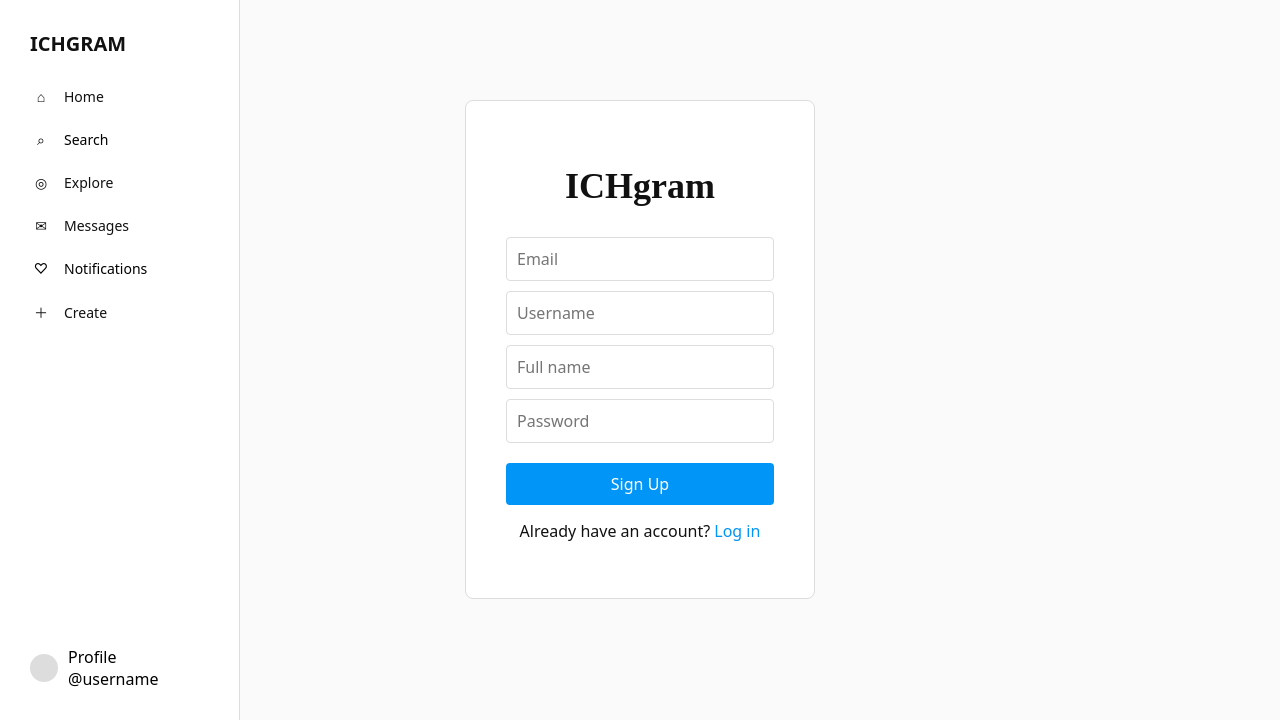
Repository: JuliiaJuliia/project-ichgram
Page: /register
An editor plug-in stored every save of this project. The page is shown before and after the next save, followed by the edit.
The browser window is 1280 px wide. The pictures show the whole page.
The project was rebuilt for these pictures with package versions that can differ from the ones it lists, and the page was loaded fresh each time. Also part of the build but not shown: src/components/ProtectedRoute.js, src/components/Stories.js, src/components/PostForm.js, src/components/PostCard.css, src/components/PostCard.js, src/components/Feed.js, src/components/Chat.js, src/pages/Login.js and 4 more.

Above is the page before, as saved 2026-02-19 19:16:21.

After the next save:
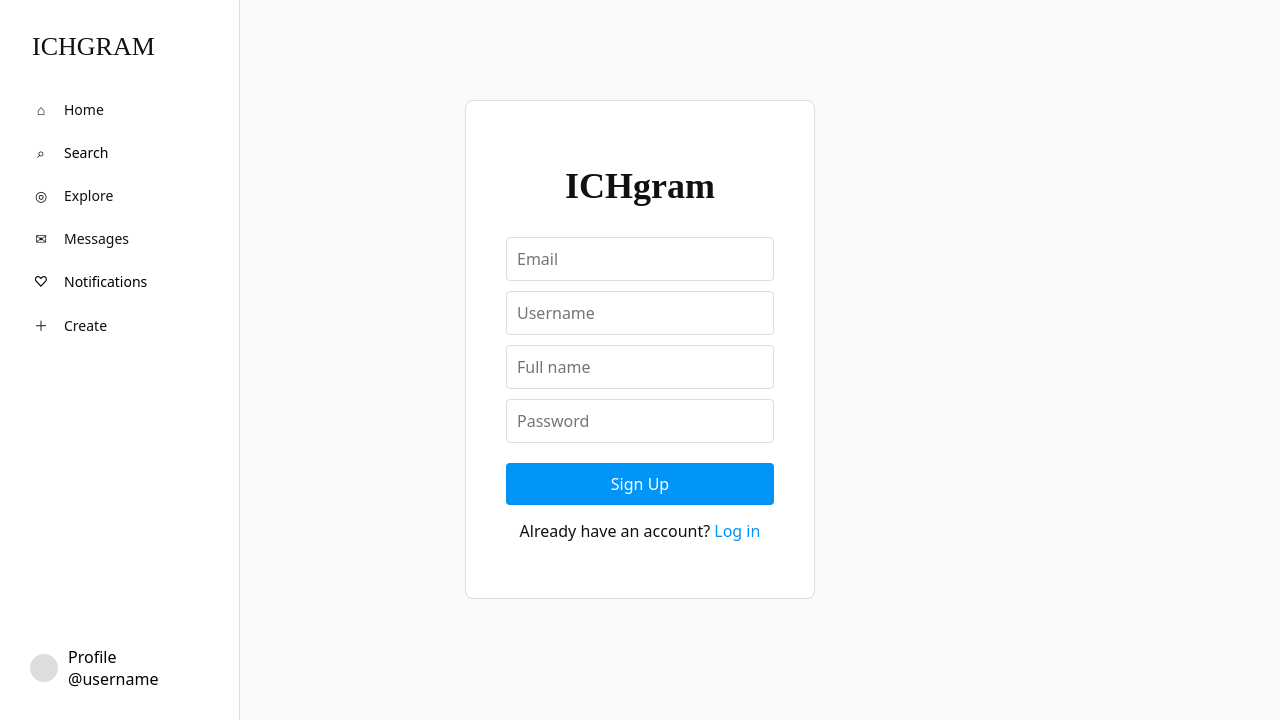
Saved 5 min 25 s later.
--- a/src/components/Sidebar.css
+++ b/src/components/Sidebar.css
@@ -12,9 +12,9 @@
   }
 
   .sidebar__logo{
-    font-weight:800;
-    font-size:20px;
-    padding:10px;
+    font-family: 'Pacifico', cursive;
+    font-size:26px;
+    padding:12px 12px 18px 12px;
     cursor:pointer;
   }
 
